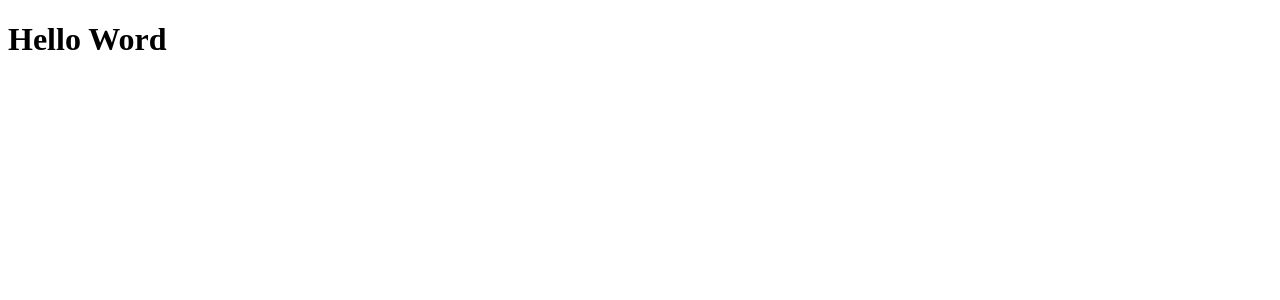
Repository: LuanPink/utils
Page: http://localhost/Bai1_Helloord/
The author's editor kept a copy of each file at every save. The page is drawn from the files as they stood at one save, then again after the next save.
The browser window is 1280 px wide. The pictures show the whole page.
The page is served by Tomcat 9. Other server files are loaded and not shown.

Above is the page before, as saved 2023-06-23 15:57:57.

### Bai1_Helloord/src/main/webapp/index.jsp
<%@ page language="java" contentType="text/html; charset=ISO-8859-1"
    pageEncoding="ISO-8859-1"%>
<!DOCTYPE html>
<html>
<head>
<meta charset="ISO-8859-1">
<title>Insert title here</title>
</head>
<body>
	<h1>Hello Word</h1>
</body>
</html>

After the next save:
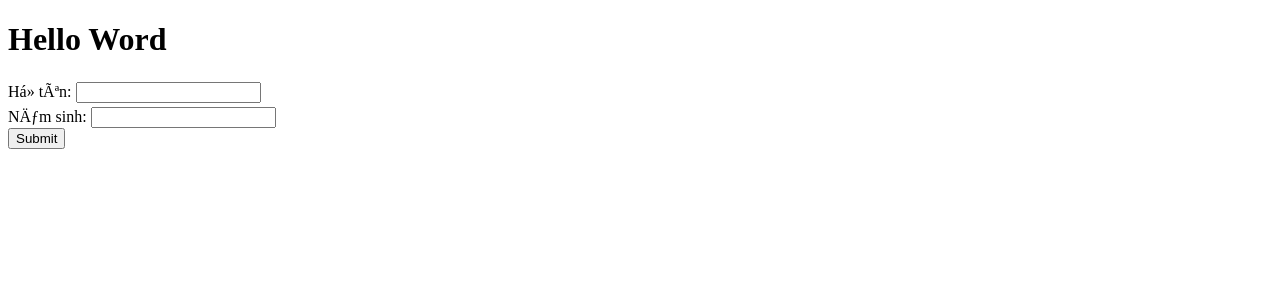
Saved 4 days later.
--- a/Bai1_Helloord/src/main/webapp/index.jsp
+++ b/Bai1_Helloord/src/main/webapp/index.jsp
@@ -7,6 +7,12 @@
 <title>Insert title here</title>
 </head>
 <body>
+	<form action="/Bai1_Helloord/tinhtuoi" method="post">
 	<h1>Hello Word</h1>
+	Họ tên: <input name="hoTen" /><br>
+	Năm sinh: <input name="namSinh"/><br>
+	<input type="submit" value="Submit"/>
+	</form>
+
 </body>
 </html>
